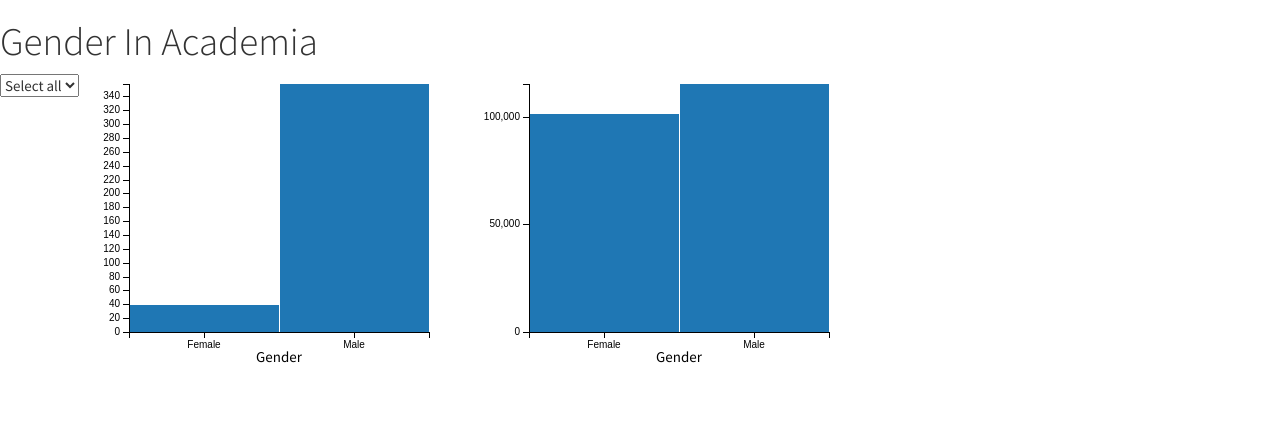
Repository: adonegan/dashboard
Page: index.html
The author's editor kept a record of every edit. The page is drawn from the files as they stood at one moment, then again after the next edit.
The browser window is 1280 px wide. The pictures show the whole page.

Above is the page before.

After the next edit:
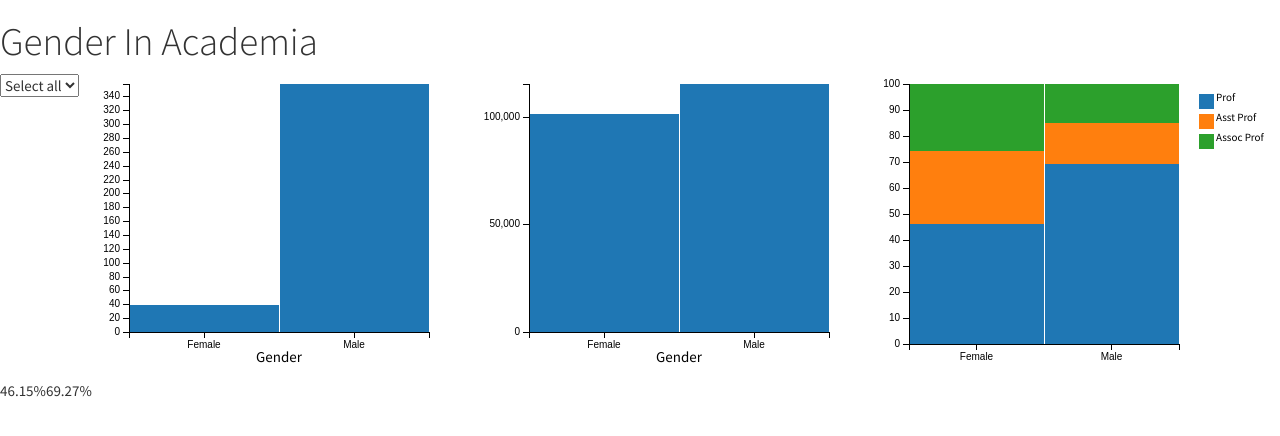
The edit:
--- a/index.html
+++ b/index.html
@@ -25,7 +25,10 @@
 
     <div id="average-salary"></div>
 
+    <div id="rank-distribution"></div>
 
+    <div class="number-box" id="percent-of-women-professors"></div>
+    <div class="number-box" id="percent-of-men-professors"></div>
 
 </body>
 </html>
